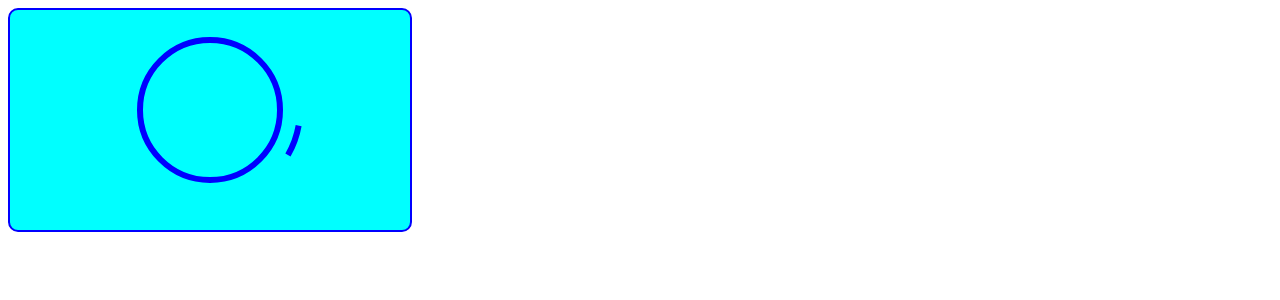
Repository: Tan-Khang21/TH_TKW--Buoi_05
Page: Bai_Tap_Ve_Nha/Bai_01/canvas10.html
The author's editor kept a copy of each file at every save. The page is drawn from the files as they stood at one save, then again after the next save.
The browser window is 1280 px wide. The pictures show the whole page.

Above is the page before, as saved 2024-03-10 21:45:45.

### Bai_Tap_Ve_Nha/Bai_01/canvas10.html
<!DOCTYPE html>
<html lang="en">
  <head>
    <meta charset="UTF-8" />
    <meta name="viewport" content="width=device-width, initial-scale=1.0" />
    <title>Document</title>
  </head>
  <body>
    <canvas
      id="myCanvas"
      style="
        border: 2px solid blue;
        background-color: aqua;
        border-radius: 10px;
      "
      width="400px"
      height="220px"
    ></canvas>
    <script>
      var canvas = document.getElementById("myCanvas"),
        ctx = canvas.getContext("2d");
      ctx.beginPath();
      ctx.arc(200, 100, 70, 0, 2 * Math.PI);
      ctx.strokeStyle = "blue";
      ctx.lineWidth = 6;
      ctx.stroke();

      ctx.beginPath();
      ctx.arc(200, 100, 90, (1 / 18) * Math.PI, Math.PI / 6);
      ctx.strokeStyle = "blue";
      ctx.lineWidth = 6;
      ctx.stroke();
    </script>
  </body>
</html>

After the next save:
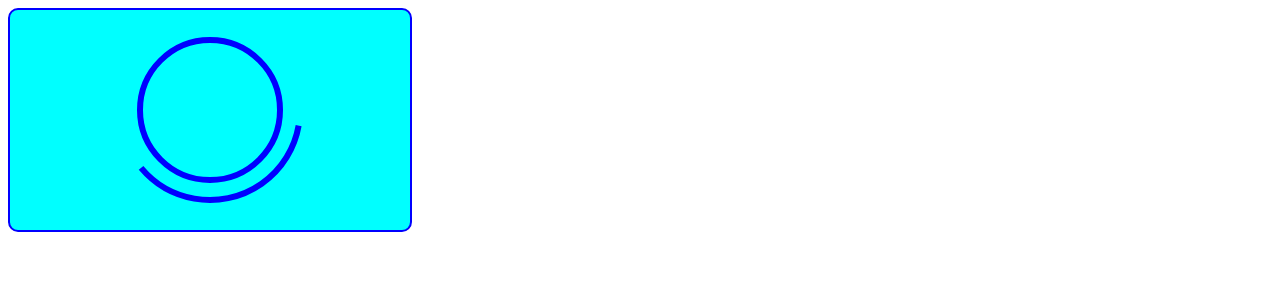
Saved 3 min 14 s later.
--- a/Bai_Tap_Ve_Nha/Bai_01/canvas10.html
+++ b/Bai_Tap_Ve_Nha/Bai_01/canvas10.html
@@ -26,7 +26,7 @@
       ctx.stroke();
 
       ctx.beginPath();
-      ctx.arc(200, 100, 90, (1 / 18) * Math.PI, Math.PI / 6);
+      ctx.arc(200, 100, 90, (1 / 18) * Math.PI, (7 / 9) * Math.PI);
       ctx.strokeStyle = "blue";
       ctx.lineWidth = 6;
       ctx.stroke();
